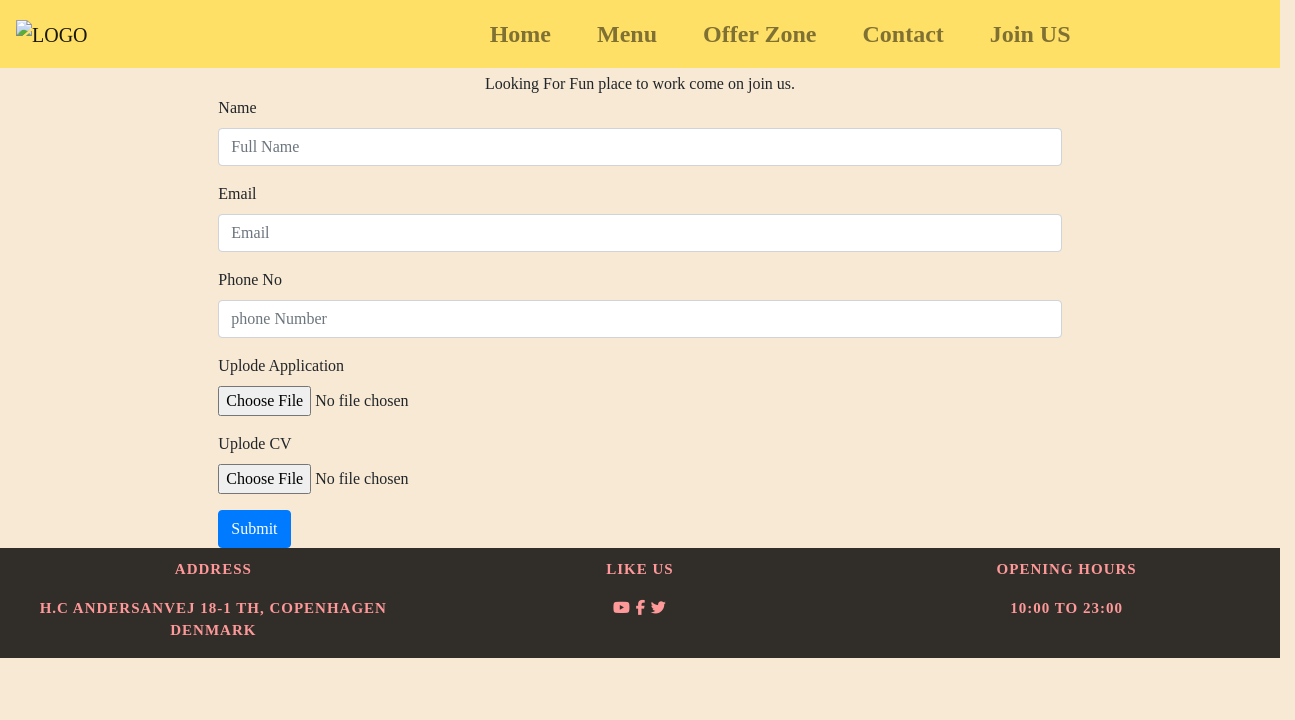
Repository: HMTRIVEDI/project-one
Page: job.html
The author's editor kept a record of every edit. The page is drawn from the files as they stood at one moment, then again after the next edit.
The browser window is 1280 px wide. The page is 1295 px wide, so the pictures cover 1295 px, including what lies to the right of the window. The pictures show the whole page.
Some web fonts or font styles are not loaded; a fallback is used. Some web libraries are served in a nearby version.

Above is the page before.

After the next edit:
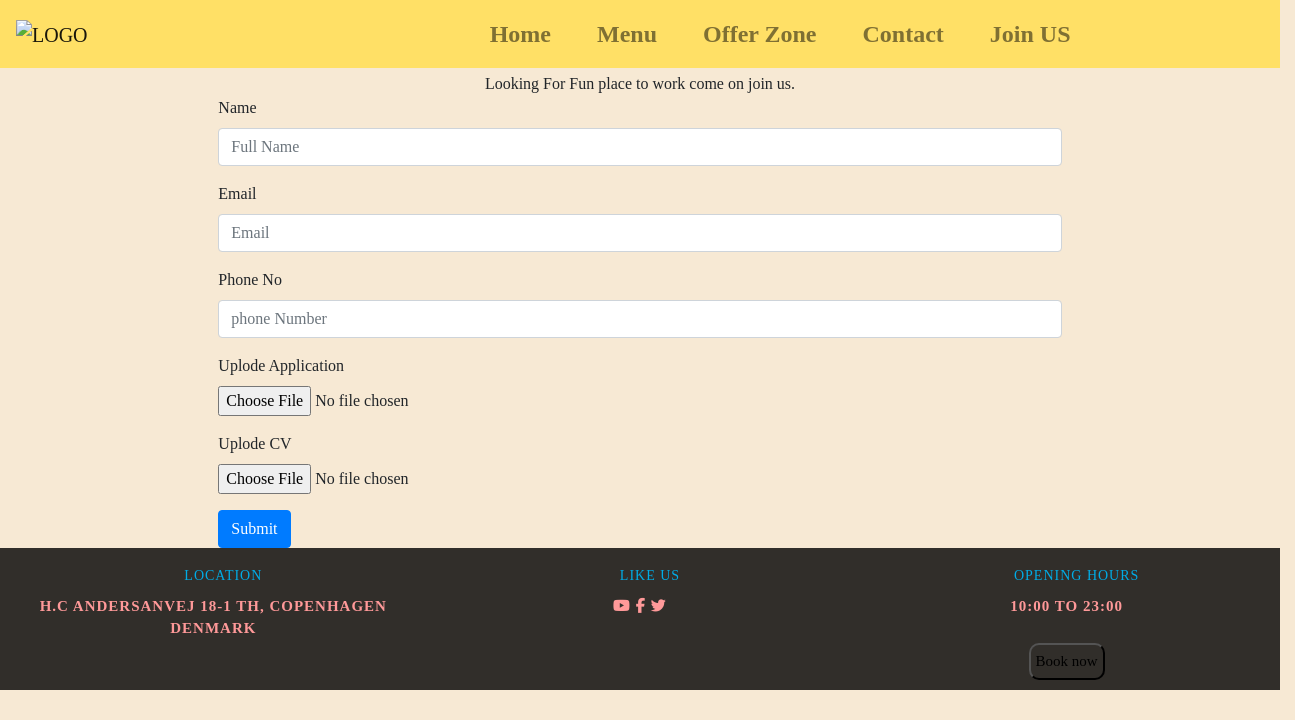
The edit:
--- a/job.html
+++ b/job.html
@@ -84,21 +84,23 @@
   </div>
   <!--footer-->
   <div class="row" id="footer">
-    <div class="col-sm-4" id="A">
-      <p>Address</p>
+    <div class="col-sm-4" id="location">
+      <h6>Location</h6>
       <p>H.C Andersanvej 18-1 th, Copenhagen denmark</p>
     </div>
-    <div class="col-sm-4" id="o">
-      <p>Like us</p>
+    <div class="col-sm-4" id="socialmedia">
+      <h6>Like us</h6>
       <a href=" mailto: "><i class="fab fa-youtube "></i></a>
       <a href="mailto: "><i class="fab fa-facebook-f "></i></a>
       <a href="mailto: "><i class="fab fa-twitter "></i></a>
     </div>
-    <div class="col-sm-4" id="l">
-      <p>opening Hours</p>
+    <div class="col-sm-4" id="opening">
+      <h6>Opening Hours</h6>
       <p>10:00 to 23:00</p>
+      <button href="#">Book now</button>
     </div>
   </div>
+
   <!-- Optional JavaScript -->
   <!-- jQuery first, then Popper.js, then Bootstrap JS -->
   <script src="https://code.jquery.com/jquery-3.3.1.slim.min.js" integrity="sha384-q8i/X+965DzO0rT7abK41JStQIAqVgRVzpbzo5smXKp4YfRvH+8abtTE1Pi6jizo" crossorigin="anonymous"></script>
